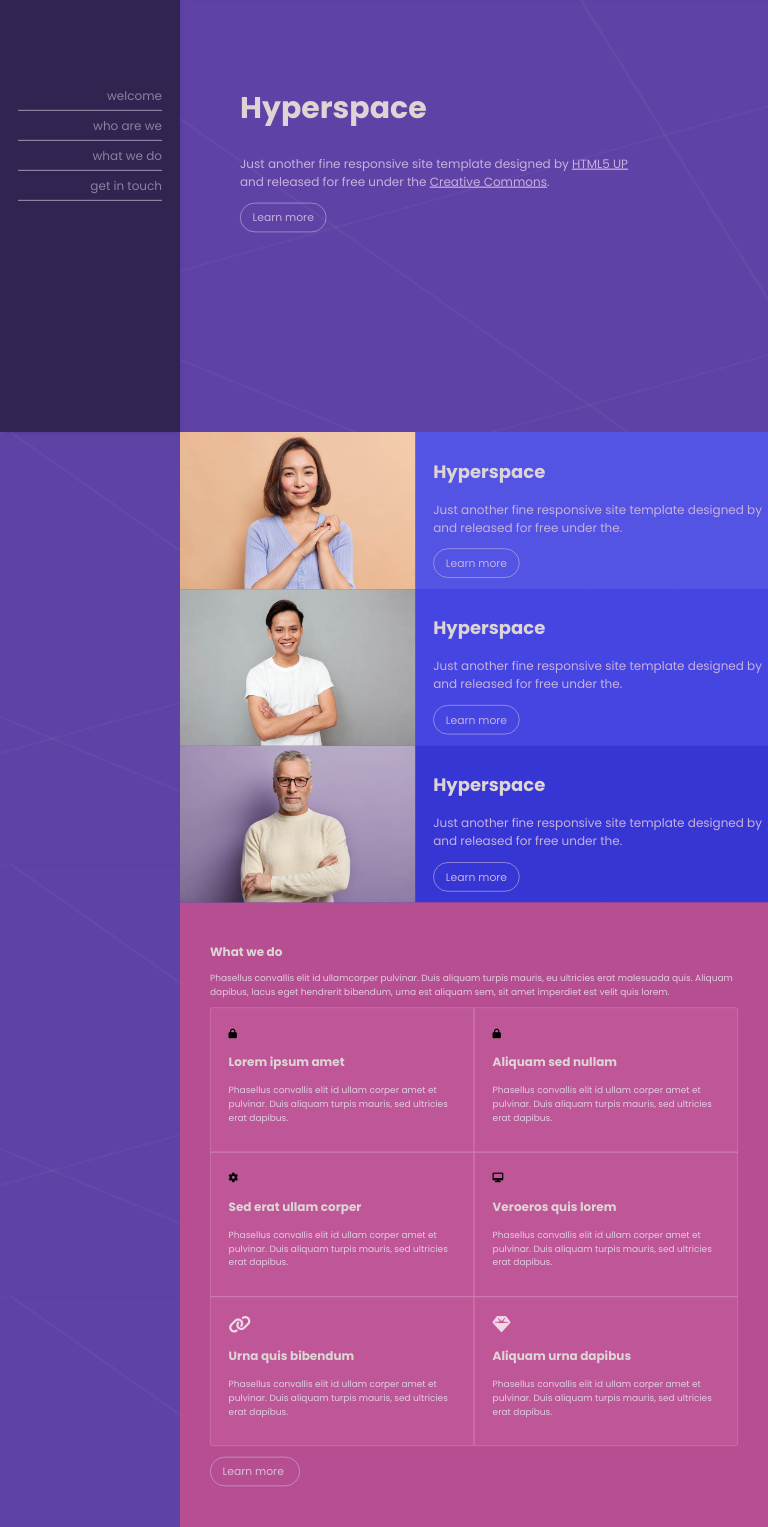
Repository: zai31/KIMIT_Tasks
Page: JsSession8/index.html
These files come from the project's save history. The page is drawn as it stood at one moment and after the next save; the edit follows.
The browser window is 1280 px wide. The pictures show the whole page, at 60% of full size.
Backgrounds fixed to the window are drawn as part of the page.

Above is the page before, as saved 2025-09-15 21:22:20.

### JsSession8/index.html
<!DOCTYPE html>
<html lang="en">
<head>
    <meta charset="UTF-8">
    <meta name="viewport" content="width=device-width, initial-scale=1.0">
    <link rel="stylesheet" href="./css/style.css">
	<link href="https://cdnjs.cloudflare.com/ajax/libs/font-awesome/6.5.2/css/all.min.css" rel="stylesheet">

    <title>Responsive</title>
</head>

<body>
    <section  class="flex-section">
        <div class="menu">
        <ul>
            <li><a href="#">welcome</a></li>
            <li><a href="#">who are we</a></li>
            <li><a href="#">what we do</a></li>
            <li><a href="#">get in touch</a></li>
        </ul>
</div>
<div class="section">
    <div class="content">
      <div class="intro">
							<h1>Hyperspace</h1>
							<p>Just another fine responsive site template designed by <a href="https://html5up.net">HTML5 UP</a><br>
							and released for free under the <a href="https://html5up.net/license">Creative Commons</a>.</p>
							<button>Learn more</button>

						</div>
    <div class="overview">
        <div class="s" style="background-color: rgb(83, 83, 228);">
           <img src="./images/1.jpg" alt="">

							<div ><h1>Hyperspace</h1>
                                <p>Just another fine responsive site template designed by
							and released for free under the.</p>
							<button>Learn more</button></div>
        </div>
        <div class="s" style="background-color: rgb(69, 69, 226);">
            <img src="./images/2.jpg" alt="">
							<div >
                                           	<h1>Hyperspace</h1>
<p>Just another fine responsive site template designed by
							and released for free under the.</p>
							<button>Learn more</button></div>
        </div>
        <div class="s" style="background-color: rgb(54, 54, 213);">
            <img src="./images/3.jpg" alt="">
							<div >
                                           	<h1>Hyperspace</h1>
<p>Just another fine responsive site template designed by
							and released for free under the.</p>
							<button>Learn more</button></div>
        </div>
    <div class="what">
							<h2>What we do</h2>
							<p>Phasellus convallis elit id ullamcorper pulvinar. Duis aliquam turpis mauris, eu ultricies erat malesuada quis. Aliquam dapibus, lacus eget hendrerit bibendum, urna est aliquam sem, sit amet imperdiet est velit quis lorem.</p>
							<div class="features">
								<section style="border-radius:5px 0px 0px 0 ;">
									<span  class="fa-solid fa-lock"></span>
									<h3>Lorem ipsum amet</h3>
									<p>Phasellus convallis elit id ullam corper amet et pulvinar. Duis aliquam turpis mauris, sed ultricies erat dapibus.</p>
								</section>
								<section style="border-radius:0 5px 0px 0 ;">
									<span class="fa-solid fa-lock"></span>
									<h3>Aliquam sed nullam</h3>
									<p>Phasellus convallis elit id ullam corper amet et pulvinar. Duis aliquam turpis mauris, sed ultricies erat dapibus.</p>
								</section>
								<section>
									<span class="fa-solid  fa-cog"></span>
									<h3>Sed erat ullam corper</h3>
									<p>Phasellus convallis elit id ullam corper amet et pulvinar. Duis aliquam turpis mauris, sed ultricies erat dapibus.</p>
								</section>
								<section>
									<span class="fa-solid fa-desktop"></span>
									<h3>Veroeros quis lorem</h3>
									<p>Phasellus convallis elit id ullam corper amet et pulvinar. Duis aliquam turpis mauris, sed ultricies erat dapibus.</p>
								</section>
								<section style="border-radius:0 0px 0px 5px  ;">
									<span class="fa-solid fa-link" style="color: rgba(255, 255, 255, 0.759); font-size: 30px;"></span>
									<h3>Urna quis bibendum</h3>
									<p>Phasellus convallis elit id ullam corper amet et pulvinar. Duis aliquam turpis mauris, sed ultricies erat dapibus.</p>
								</section>
								<section style="border-radius:0 0px 5px 0 ;">
									<span class="fa-solid fa-gem" style="color: rgba(255, 255, 255, 0.759); font-size: 30px;" ></span>
									<h3>Aliquam urna dapibus</h3>
									<p>Phasellus convallis elit id ullam corper amet et pulvinar. Duis aliquam turpis mauris, sed ultricies erat dapibus.</p>
								</section>
							</div>
							<ul class="actions">
								<li style="list-style: none;"><a href="generic.html" class="button" style="text-decoration: none; color: thistle;">Learn more</a></li>
							</ul>

    </div>
                        </div>
                        </div>
                    </section>
</body>
</html>

### JsSession8/CSS/style.css
@import url("https://fonts.googleapis.com/css2?family=Poppins:ital,wght@0,100;0,200;0,300;0,400;0,500;0,600;0,700;0,800;0,900;1,100;1,200;1,300;1,400;1,500;1,600;1,700;1,800;1,900&display=swap");

* {
    box-sizing: border-box;
    font-family: "Poppins", sans-serif;
}

:root {
    --sidebar-color: #312450;
    --primary-color: #5e42a6;
    --secondary-color: #b74e91;
    --section-bg-color: #c7b2dc;
    --dark-color: #000000;
    --navbar-bg-color: #273053;
    --p-color: #717275;
    --highlight-icon-color: #ff0100;
    --main-transition: 0.5s all ease-in-out;
}


html,
body {
    height: 100%;
    margin: 0;
    padding: 0;
}

.flex-section {
    display: flex;
    flex-direction: row;

}

/*side bar*/
.flex-section .menu {
    min-height: 100vh;
    /* ensures sidebar spans at least the full screen */
    height: auto;
    /* lets it grow with content */
    width: 300px;
    top: 0;
    left: 0;
    position: fixed;
    background-color: var(--sidebar-color);
    padding: 145px 30px;
    box-shadow: 0 0 10px rgba(0, 0, 0, 0.1);
}

.flex-section .menu ul {
    list-style: none;
    padding: 0;
    margin: 0;
    text-align: right;
}

.flex-section .menu ul li {
    margin-bottom: 10px;
    font-size: 20px;
    position: relative;
    /* needed for ::after positioning */
    padding-bottom: 10px;
}

.flex-section .menu ul li a {
    text-decoration: none;
    color: #8b82a1;

}

.flex-section .menu ul li::after {
    content: "";
    position: absolute;
    left: 0;
    bottom: 0;
    width: 100%;
    /* stick to the bottom */
    height: 2px;
    background-color: #8b82a1;
    /* thickness of underline */
    transition: width 0.3s ease;
}

/*use js*/
.flex-section .menu ul li a:hover::after {
    width: 100%;
    /* expand underline on hover */
}


.flex-section .menu ul li a:hover {
    color: #b5b8bf;
}

.flex-section .menu ul li a:active {
    color: #5e42a6;
}

.flex-section .menu ul li a:active::after {
    background: linear-gradient(to right, #4b0082, #8b00ff, #981196);
}






/*content first section */
.flex-section .section {
    flex: 1;
    background-color: var(--section-bg-color);
    background-attachment: fixed;
    background-image: url("../assets/css/images/Screenshot\ 2025-09-15\ 075920.png");
    background-position: top right;
    background-repeat: no-repeat;
    background-size: 100% 100%;
    padding-left: 300px;
}

.flex-section .section .content {
    display: flex;
    flex-direction: column;
    width: 100%;
}

.flex-section .section .content .intro {
    padding: 100px;
    width: 100%;
    height: 100vh;
}

.flex-section .section .content .intro h1 {
    color: rgb(221, 213, 213);
    font-size: 50px;
}

.flex-section .section .content .intro p,
.flex-section .section .content .intro a {
    color: var(--section-bg-color);
    font-size: 20px;
}

.flex-section .section .content .intro a:hover {
    color: #fefefe;
    text-decoration: none;
}

.flex-section .section .content .intro button {
    color: var(--section-bg-color);
    background-color: transparent;
    border: 1px solid var(--section-bg-color);
    padding: 10px 20px;
    border-radius: 25px;
    cursor: pointer;
    text-decoration: none;
    font-size: 18px;
}

.flex-section .section .content .intro button:hover {
    background-color: #6f54b6;
}




/*content second section */

.flex-section .section .content .overview .s {
    display: flex;
    flex-direction: row;
    align-items: center;
    gap: 30px;
}

.flex-section .section .content .overview .s h1 {
    color: rgb(221, 213, 213);
    font-size: 30px;
}

.flex-section .section .content .overview .s p {
    color: var(--section-bg-color);
    font-size: 20px;
}

.flex-section .section .content .overview .s button {
    color: var(--section-bg-color);
    background-color: transparent;
    border: 1px solid var(--section-bg-color);
    padding: 10px 20px;
    border-radius: 25px;
    cursor: pointer;
    text-decoration: none;
    font-size: 18px;
}

.flex-section .section .content .overview .s button:hover {
    background-color: rgb(77, 77, 246);
}

.flex-section .section .content .overview .s img {
    width: 40%;
}

/*what section*/

.flex-section .section .content .what {
    padding: 50px;
    width: 100%;
    background-color: var(--secondary-color);
}

.flex-section .section .content .what h3,
.flex-section .section .content .what h2 {
    color: rgb(221, 213, 213);
    font-size: 20px;
}
.flex-section .section .content .what p {
    color: #e0cee1;
    font-size: 15px;
}

.flex-section .section .content .what .features{
    display: flex;
    flex-direction: row;
    flex-wrap: wrap;
    background-color: #be5698;


}
.flex-section .section .content .what .features section {
 flex: 1 1 50%;     /* grow/shrink, ~half width with gap */
 border: 0.5px solid rgba(255, 255, 255, 0.248);
 box-sizing: border-box;
 padding: 30px;

}
.flex-section .section .content .what .actions {
   color: var(--section-bg-color);
    background-color: transparent;
    border: 1px solid var(--section-bg-color);
    padding: 10px 20px;
    border-radius: 25px;
    cursor: pointer;
    text-decoration: none;
    font-size: 18px;
    width: 150px;
}

.flex-section .section .content .what .actions:hover {
    background-color: rgb(212, 107, 177);
}

After the next save:
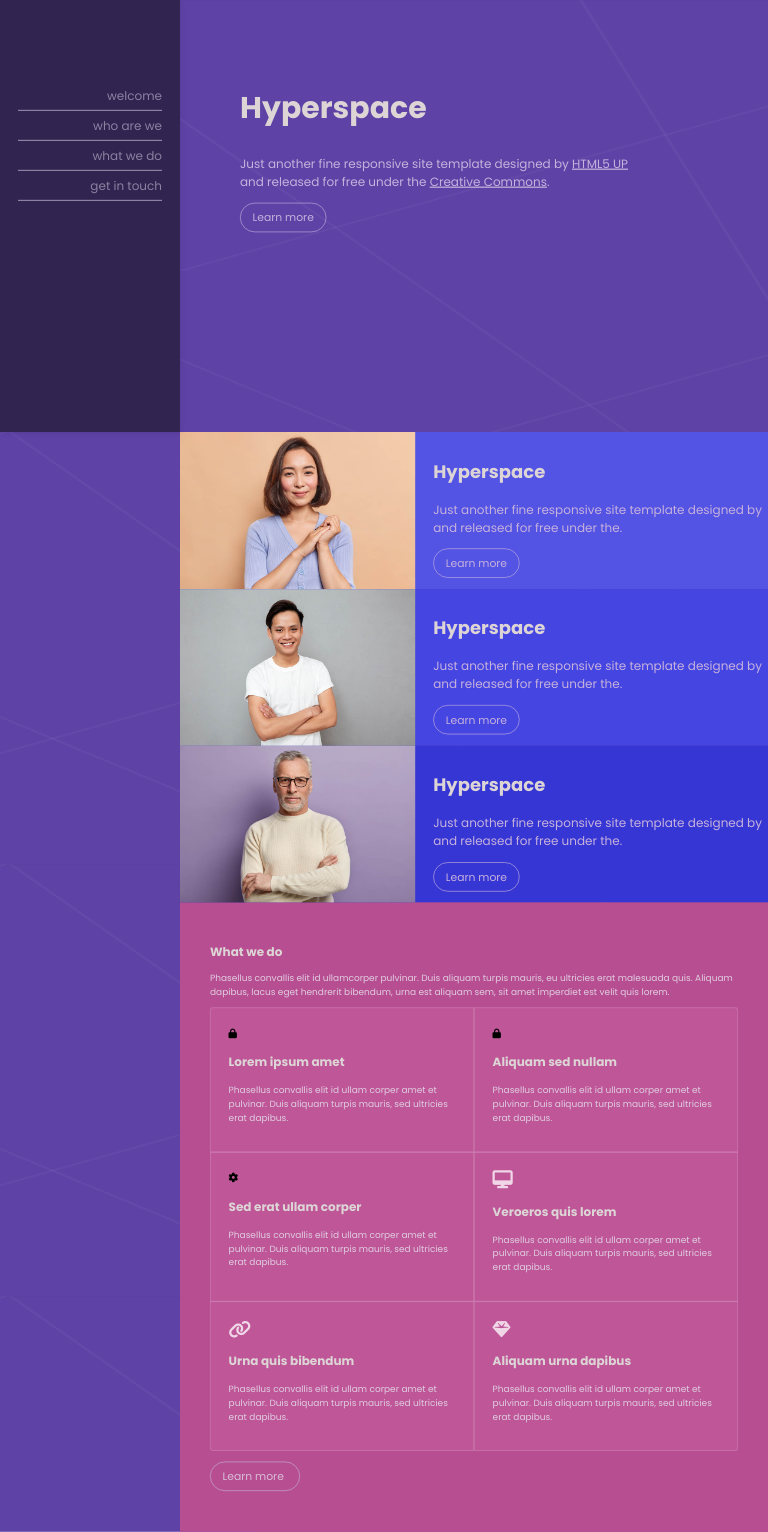
Saved 10 s later.
--- a/JsSession8/index.html
+++ b/JsSession8/index.html
@@ -73,7 +73,7 @@
 									<p>Phasellus convallis elit id ullam corper amet et pulvinar. Duis aliquam turpis mauris, sed ultricies erat dapibus.</p>
 								</section>
 								<section>
-									<span class="fa-solid fa-desktop"></span>
+									<span style="color: rgba(255, 255, 255, 0.759); font-size: 30px;" class="fa-solid fa-desktop"></span>
 									<h3>Veroeros quis lorem</h3>
 									<p>Phasellus convallis elit id ullam corper amet et pulvinar. Duis aliquam turpis mauris, sed ultricies erat dapibus.</p>
 								</section>
